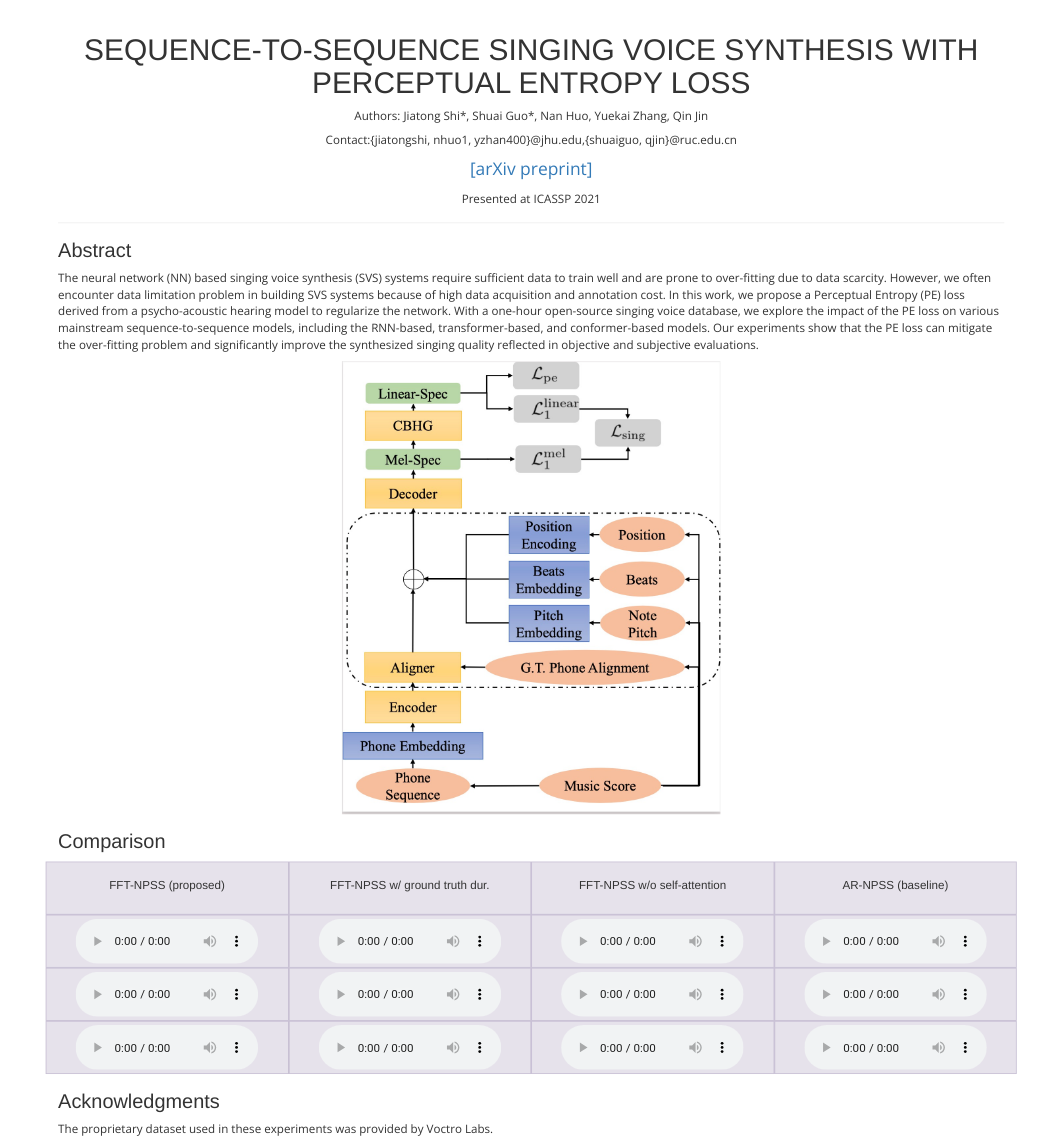
Repository: PeterGuoRuc/SVS_pe.github.io
Page: index.html
The author's editor kept a copy of each file at every save. The page is drawn from the files as they stood at one save, then again after the next save.
The browser window is 1280 px wide. The pictures show the whole page, at 83% of full size.

Above is the page before, as saved 2021-06-06 16:58:01.

After the next save:
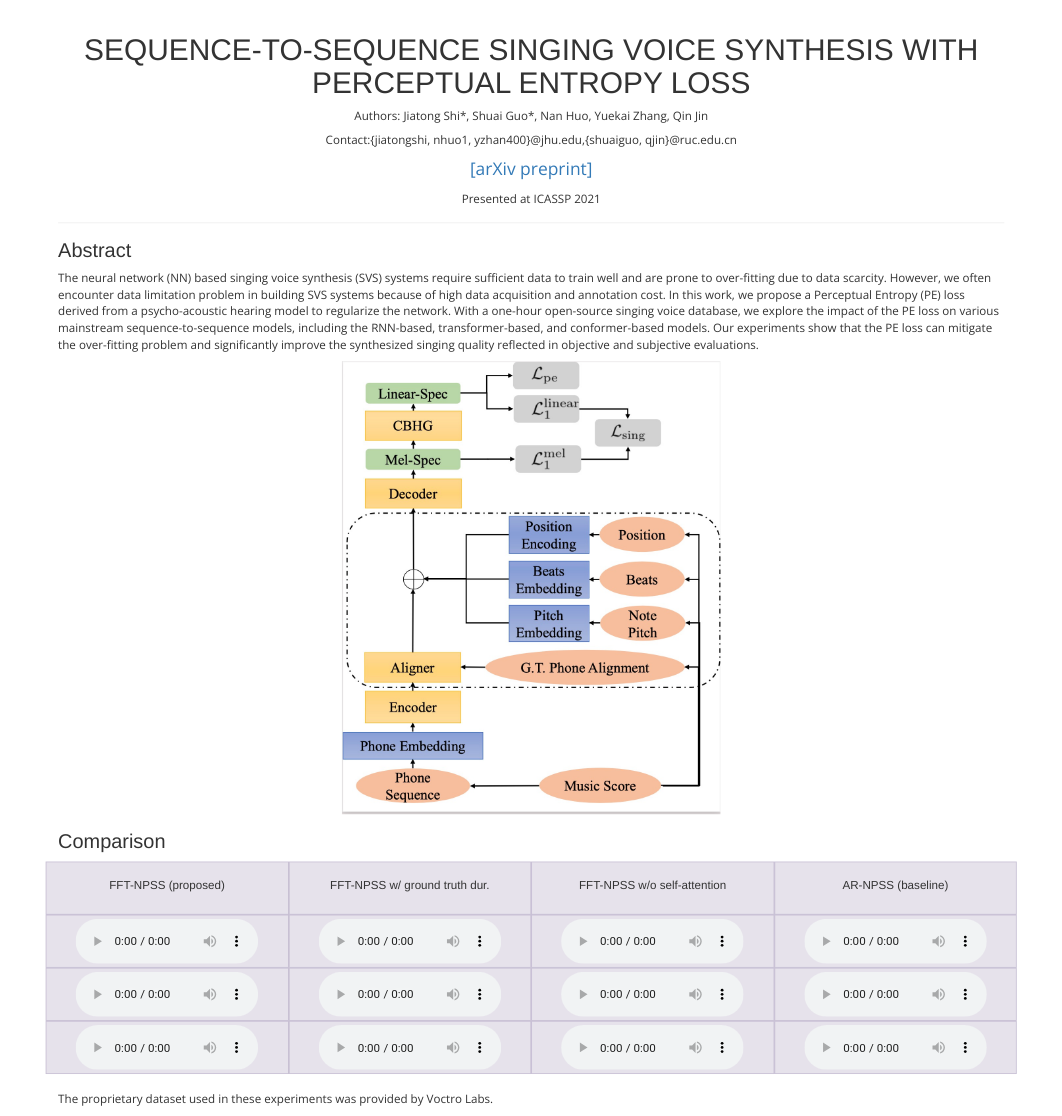
Saved 58 s later.
--- a/index.html
+++ b/index.html
@@ -90,7 +90,7 @@
         <div class="col-md-3"><audio src="files/4_Rio_8.mp3" controls></audio></div>
       </div>
 
-      <h3>Acknowledgments</h3>
+      <h3></h3>
       <p>The proprietary dataset used in these experiments was provided by Voctro Labs.</p>
 
 

After the save that followed:
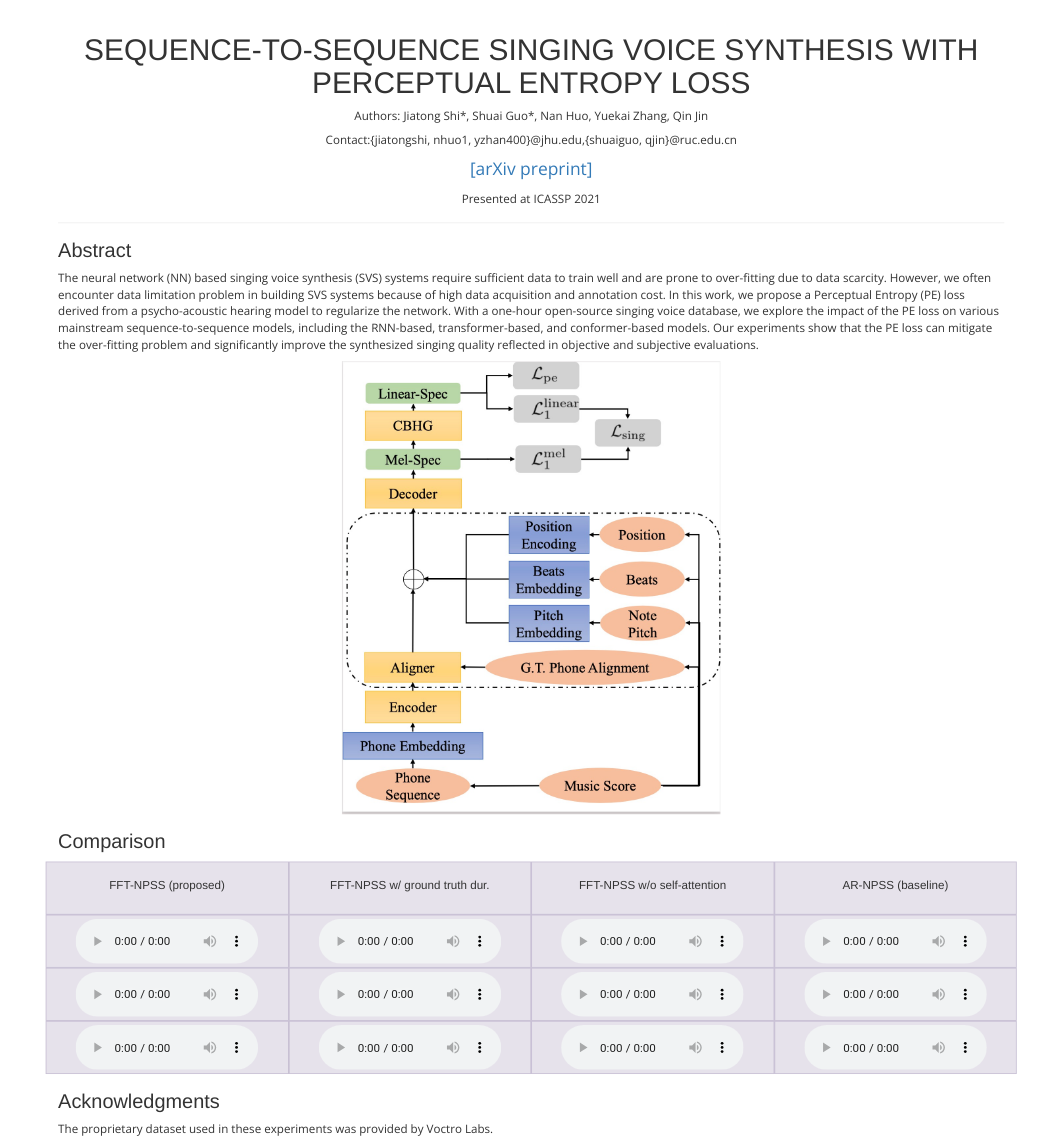
Saved 40 s later.
--- a/index.html
+++ b/index.html
@@ -90,7 +90,7 @@
         <div class="col-md-3"><audio src="files/4_Rio_8.mp3" controls></audio></div>
       </div>
 
-      <h3></h3>
+      <h3>Acknowledgments</h3>
       <p>The proprietary dataset used in these experiments was provided by Voctro Labs.</p>
 
 
